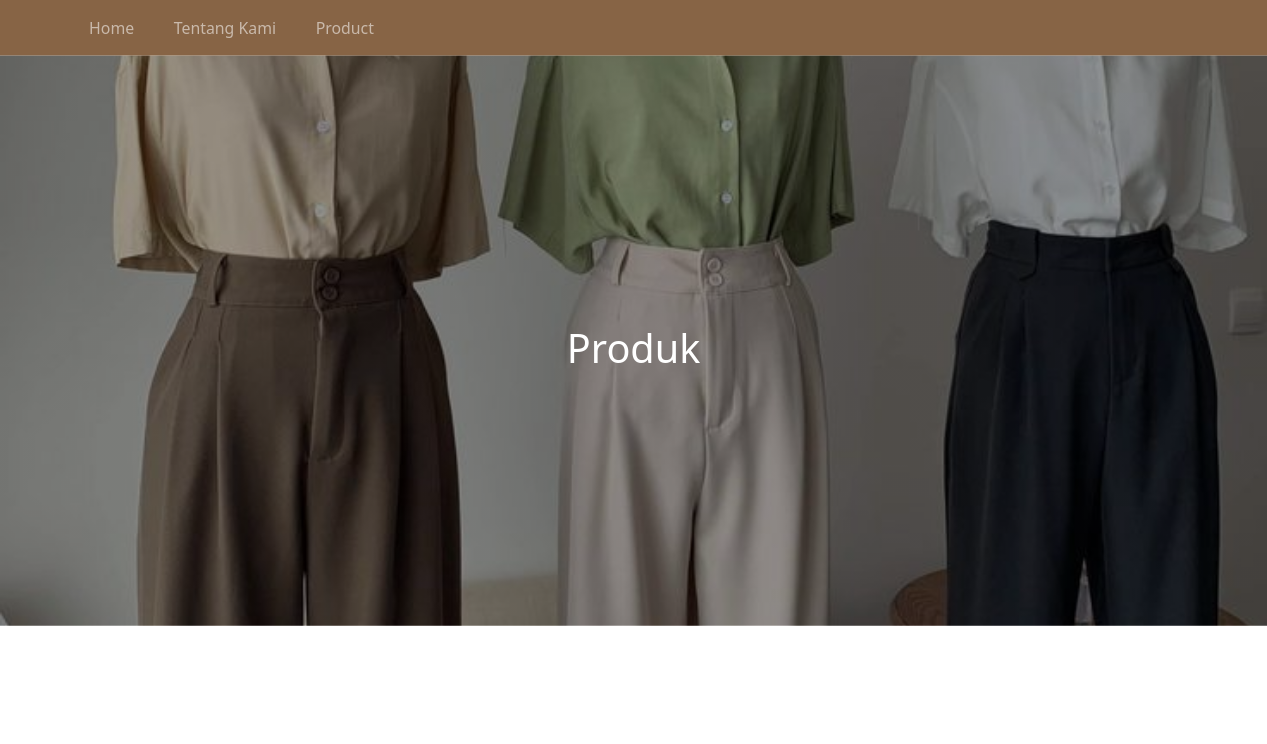
Repository: herman165/tugas_uas
Page: http://localhost/produk.php
These files come from the project's save history. The page is drawn as it stood at one moment and after the next save; the edit follows.
The browser window is 1280 px wide. The pictures show the whole page, at 99% of full size.
The page is run by PHP 8.4 with error messages shown; the project is at /var/www/html/.

Above is the page before, as saved 2024-12-11 03:17:32.

After the next save:
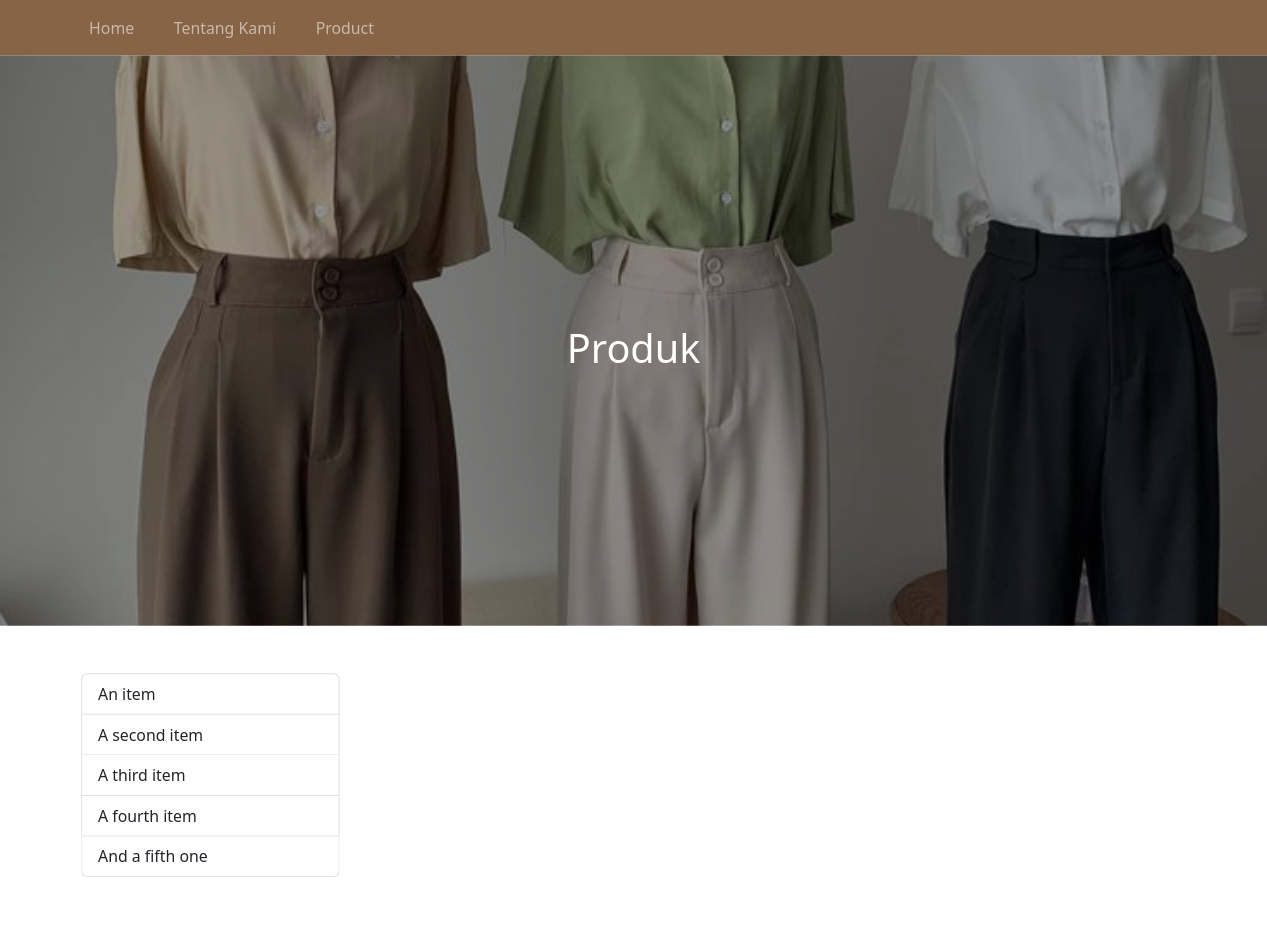
Saved 52 s later.
--- a/produk.php
+++ b/produk.php
@@ -24,7 +24,13 @@
         <div class="container py-5">
             <div class="row">
                 <div class="col-md-3 mb-4">
-
+                    <ul class="list-group">
+  <li class="list-group-item">An item</li>
+  <li class="list-group-item">A second item</li>
+  <li class="list-group-item">A third item</li>
+  <li class="list-group-item">A fourth item</li>
+  <li class="list-group-item">And a fifth one</li>
+</ul>
                 </div>
                 <div class="col-md-6"></div>
             </div>
